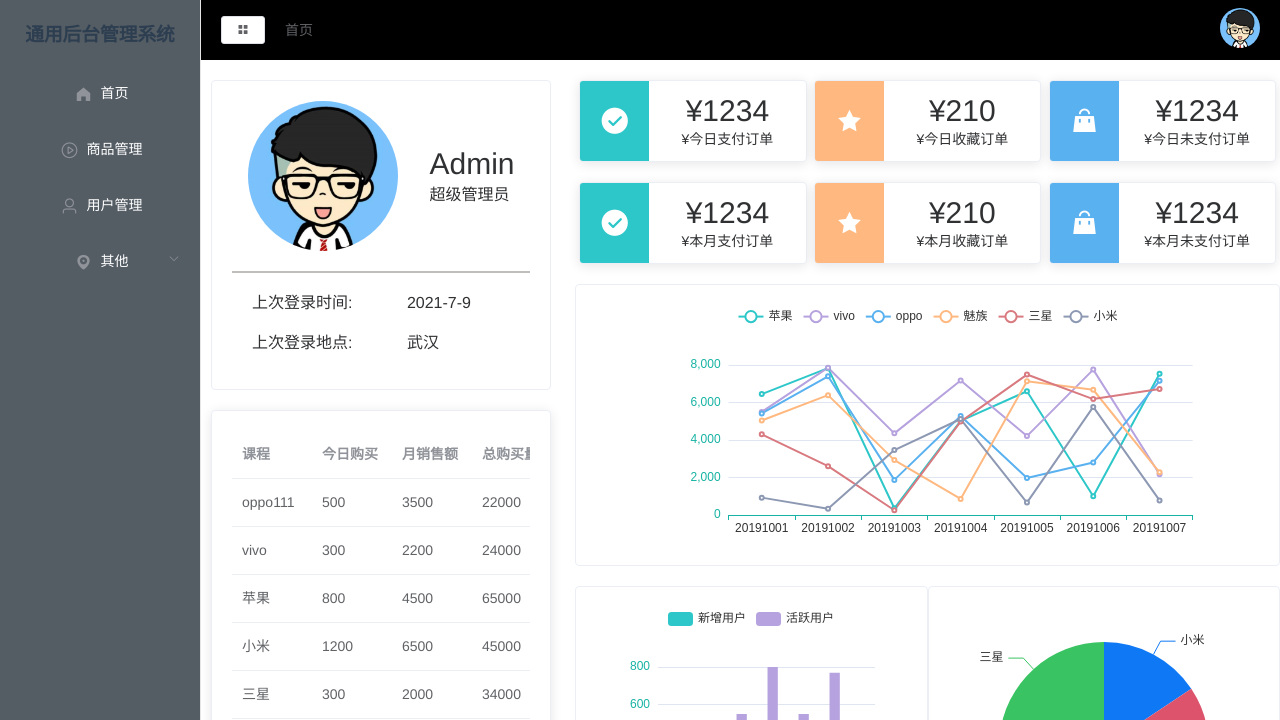
Repository: 385841539/VueStudy
Page: / (app in vue_cli/)
The author's editor kept a copy of each file at every save. The page is drawn from the files as they stood at one save, then again after the next save.
The browser window is 1280 px wide. The pictures show the whole page.
An inner scrolling area shows only its first screen. The project was rebuilt for these pictures with package versions that can differ from the ones it lists, and the page was loaded fresh each time. Also part of the build but not shown: vue_cli/vue.config.js.

Above is the page before, as saved 2022-01-14 16:55:03.

### vue_cli/public/index.html
<!DOCTYPE html>
<html lang="">

<head>
  <meta charset="utf-8">
  <meta http-equiv="X-UA-Compatible" content="IE=edge">
  <meta name="viewport" content="width=device-width,initial-scale=1.0">
  <link rel="icon" href="<%= BASE_URL %>favicon.ico">
  <title>
    <%= htmlWebpackPlugin.options.title %>
  </title>
  <style>
    body {

      padding: 0px;
      margin: 0px;
      width: 100%;
      height: 100%;

    }
  </style>
</head>

<body>
  <noscript>
    <strong>We're sorry but <%= htmlWebpackPlugin.options.title %> doesn't work properly without JavaScript enabled.
        Please enable it to continue.</strong>
  </noscript>
  <div id="app"></div>
  <!-- built files will be auto injected -->
</body>

</html>

### vue_cli/src/main.js
import Vue from 'vue'
import App from './App.vue'
import './registerServiceWorker'
import router from './router'
import store from './store'

import ElementUI from 'element-ui';
import 'element-ui/lib/theme-chalk/index.css';
import http from 'axios'

Vue.use(ElementUI);
Vue.prototype.$http = http


Vue.config.productionTip = false

if (process.env.NODE_ENV == 'development') {

  require('@/api/mock')

}

new Vue({
  router,
  store,
  render: h => h(App)
}).$mount('#app')

### vue_cli/src/App.vue
<template>
  <div id="app">
    <!-- <p>这是一个P段落</p>
    <el-button>按钮</el-button>
    <el-button type="info">信息</el-button>
    <el-radio v-model="radio" label="1">备选项1</el-radio>
    <el-radio v-model="radio" label="2">备选项1</el-radio>

    <div>
      <router-link to="/">去home组件</router-link>
      <router-link to="/about">去about组件</router-link>
    </div> -->

    <router-view></router-view>
  </div>
</template>
<script>


export default {
  data() {
    return {
      radio: "1",
    };
  },
};
</script>


<style lang="scss">
#app {
  font-family: Avenir, Helvetica, Arial, sans-serif;
  -webkit-font-smoothing: antialiased;
  -moz-osx-font-smoothing: grayscale;
  text-align: center;
  color: #2c3e50;
}

#nav {
  padding: 30px;

  a {
    font-weight: bold;
    color: #2c3e50;

    &.router-link-exact-active {
      color: #42b983;
    }
  }
}
</style>

### vue_cli/src/router/index.js
import Vue from 'vue'
import VueRouter from 'vue-router'
import Main from '../views/Main.vue'

const originPush = VueRouter.prototype.push

VueRouter.prototype.push = function (location) {

  return originPush.call(this, location).catch(err => err)

}

Vue.use(VueRouter)

const routes = [
  {
    path: '/',
    name: 'main',
    component: Main,
    children: [

      {
        path: "/",
        name: "home",
        component: () => import('@/views/Home/Home')

      },
      {
        path: "/mall",
        name: "mall",
        component: () => import('@/views/Mall/Mall')

      },
      {
        path: "/user",
        name: "user",
        component: () => import('@/views/User/User')

      },
      {
        path: "/other",
        name: "other",
        component: () => import('@/views/Mall/Mall')

      },

    ]
  },
]

const router = new VueRouter({
  mode: 'history',
  base: process.env.BASE_URL,
  routes
})

export default router

### vue_cli/src/store/index.js
import Vue from 'vue'
import Vuex from 'vuex'
import tab from "./tab"

Vue.use(Vuex)

export default new Vuex.Store({
  state: {
  },
  mutations: {
  },
  actions: {
  },
  modules: {
    tab
  }
})

### vue_cli/src/api/mock.js
import Mock from 'mockjs'

import homeApi from './mockServe/home'

Mock.mock('/api/home/getData', homeApi.getStatisticalData )

### vue_cli/src/views/Main.vue
<template>
  <el-container style="height: 100vh">
    <el-aside width="auto">
      <CommonAside></CommonAside>
    </el-aside>
    <el-container>
      <el-header>
        <CommonHeader></CommonHeader>
      </el-header>
      <div><CommonTag></CommonTag></div>
      <el-main>
        <router-view></router-view>
      </el-main>
    </el-container>
  </el-container>
</template>

<script>
// @ is an alias to /src
import CommonAside from "../components/CommonAside.vue";
import CommonHeader from "../components/CommonHeader.vue";
import CommonTag from "../components/CommonTag.vue";

export default {
  name: "main",
  components: {
    CommonAside,
    CommonHeader,
    CommonTag,
  },
};
</script>
<style lang='scss' scoped>
.el-container {
  padding: 0px;
  max-width: 100%;
}
.el-aside {
  margin: 0px;
  padding: 0px;
}
.el-header {
  background-color: black;
  width: 100%;
  padding: 0%;
  margin: 0%;
}
.el-main {
  padding: 0px;
  height: 100%;
  width: 100%;
}
.router-view {
  padding: 0px;
  height: 100%;
  width: 100%;
}
</style>

### vue_cli/src/views/Home/Home.vue
<template>
  <div style="margin-left: 10px">
    <el-row :gutter="24">
      <el-col :span="8" style="margin-top: 20px">
        <el-card shadow="hover">
          <div class="user">
            <img :src="userImg" />
            <div class="userInfo">
              <p style="font-size: 30px">Admin</p>
              <p>超级管理员</p>
            </div>
          </div>

          <div class="loginInfo">
            <p>上次登录时间: <span>2021-7-9</span></p>
            <p>上次登录地点: <span>武汉</span></p>
          </div>
        </el-card>
        <el-card style="height: 470px; margin-top: 20px">
          <el-table :data="tableData">
            <el-table-column
              show-overflow-tooltip
              v-for="(value, key) in tableLabel"
              :key="key"
              :prop="key"
              :label="value"
            ></el-table-column>
          </el-table>
        </el-card>
      </el-col>
      <el-col :span="16" style="margin-top: 20px">
        <div class="num">
          <el-card
            shandow="hover"
            v-for="item in countData"
            :key="item.name"
            :body-style="{ display: 'flex', padding: 0 }"
          >
            <i
              class="icon"
              :class="`el-icon-${item.icon}`"
              :style="{ background: item.color }"
            ></i>
            <div class="detail">
              <p class="num">¥{{ item.value }}</p>
              <p class="txt">¥{{ item.name }}</p>
            </div>
          </el-card>
        </div>

        <el-card shadow="hover" style="height: 280px">
          <div style="height: 280px" ref="echart"></div>
        </el-card>

        <div class="graph">
          <el-card shadow="hover">
            <div style="height: 280px" ref="userEchart"></div>
          </el-card>
          <el-card shadow="hover">
            <div style="height: 280px" ref="videoEchart"></div>
          </el-card>

        </div>
      </el-col>
    </el-row>
  </div>
</template>



<script>
import { getMenu, getHome } from "../../api/data";
import * as echarts from "echarts";
// import Echart from "../../components/ECharts.vue";
export default {
  //   components: { Echart },
  data() {
    return {
      userImg: require("../../assets/images/user.png"),
      tableData: [],
      tableLabel: {
        name: "课程",
        todayBuy: "今日购买",
        monthBuy: "月销售额",
        totalBuy: "总购买量",
      },
      countData: [],
      ehcartData: {
        order: {
          legend: {
            // 图例文字颜色
            textStyle: {
              color: "#333",
            },
          },
          grid: {
            left: "20%",
          },
          // 提示框
          tooltip: {
            trigger: "axis",
          },
          xAxis: {
            type: "category", // 类目轴
            data: [],
            axisLine: {
              lineStyle: {
                color: "#17b3a3",
              },
            },
            axisLabel: {
              interval: 0,
              color: "#333",
            },
          },
          yAxis: [
            {
              type: "value",
              axisLine: {
                lineStyle: {
                  color: "#17b3a3",
                },
              },
            },
          ],
          color: [
            "#2ec7c9",
            "#b6a2de",
            "#5ab1ef",
            "#ffb980",
            "#d87a80",
            "#8d98b3",
          ],
          series: [],
        },

        user: {
          legend: {
            // 图例文字颜色
            textStyle: {
              color: "#333",
            },
          },
          grid: {
            left: "20%",
          },
          // 提示框
          tooltip: {
            trigger: "axis",
          },
          xAxis: {
            type: "category", // 类目轴
            data: [],
            axisLine: {
              lineStyle: {
                color: "#17b3a3",
              },
            },
            axisLabel: {
              interval: 0,
              color: "#333",
            },
          },
          yAxis: [
            {
              type: "value",
              axisLine: {
                lineStyle: {
                  color: "#17b3a3",
                },
              },
            },
          ],
          color: [
            "#2ec7c9",
            "#b6a2de",
            "#5ab1ef",
            "#ffb980",
            "#d87a80",
            "#8d98b3",
          ],
          series: [],
        },

        video: {
          tooltip: {
            trigger: "item",
          },
          color: [
            "#0f78f4",
            "#dd536b",
            "#9462e5",
            "#a6a6a6",
            "#e1bb22",
            "#39c362",
            "#3ed1cf",
          ],
          series: [],
        },
      },
    };
  },

  methods: {
    getTableData() {
      getHome().then((res) => {
        console.log(res);
        this.tableData = res.data.tableData;
        this.countData = res.data.countData;

        const order = res.data.orderData;
        this.ehcartData.order.xAxis.data = order.date;
        let keyArrray = Object.keys(order.data[0]);

        keyArrray.forEach((key) => {
          this.ehcartData.order.series.push({
            name: key,
            data: order.data.map((item) => item[key]),
            type: "line",
          });
        });

        const myEchartsOrder = echarts.init(this.$refs.echart);

        myEchartsOrder.setOption(this.ehcartData.order);
        //用户图
        this.ehcartData.user.xAxis.data = res.data.userData.map(
          (item) => item.date
        );

        this.ehcartData.user.series.push({
          name: "新增用户",
          data: res.data.userData.map((item) => item.new),
          type: "bar",
        });
        this.ehcartData.user.series.push({
          name: "活跃用户",
          data: res.data.userData.map((item) => item.active),
          type: "bar",
        });

        const userEcharts = echarts.init(this.$refs.userEchart);
        userEcharts.setOption(this.ehcartData.user);

        this.ehcartData.video.series.push({
          data: res.data.videoData,
          type: "pie",
        });

        const videoEcharts = echarts.init(this.$refs.videoEchart);
        videoEcharts.setOption(this.ehcartData.video);
      });
    },
  },
  mounted() {
    // getMenu().then((res) => {
    //   console.log(res);
    // });
    this.getTableData();
  },
};
</script>


<style  lang="scss" scoped>
// div {
//   background: blue;
//   height: 100%;
//   padding: 0px;
//   margin: 0px;
// }

.user {
  display: flex;
  align-items: center;
  justify-content: space-around;
  border-bottom: 2px solid rgb(194, 189, 189);

  padding-bottom: 20px;
  .userInfo {
    text-align: start;

    p {
      margin: 0px;
    }
  }
  img {
    width: 150px;
    height: 150px;
    border-radius: 50%;
  }
}

.loginInfo {
  // background-color: yellowgreen;
  margin-top: 0px;
  text-align: start;
  padding-left: 20px;

  span {
    margin-left: 50px;
  }
}

.num {
  display: flex;
  flex-wrap: wrap;
  justify-content: space-around;
  margin: 0px;
  .el-card {
    margin: 0px;
    width: 32%;
    margin-bottom: 20px;
    height: 80px;
  }
  .icon {
    font-size: 30px;
    width: 100px;
    height: 80px;
    color: white;
    line-height: 80px;
  }
  .detail {
    display: flex;
    flex-direction: column;
    justify-content: center;
    width: 100%;

    .num {
      font-size: 30px;

      justify-content: center;
    }
    .txt {
      font-size: 14px;
      justify-content: center;
    }
    p {
      margin: 0px;
    }
  }
}
.graph {
  display: flex;
  margin-top: 20px;
  .el-card {
    height: 320px;
    flex: 1;
  }
}
</style>

### vue_cli/src/store/tab.js
export default {


    state: {

        isCollapse: false,
        currentMenu: null,
        tabsList: [
            {
                path: '/',
                name: 'home',
                label: '首页',
                icon: 'home'

            }

        ]

    },


    mutations: {

        collaspseMenu(state) {
            state.isCollapse = !state.isCollapse

        },
        selectMenu(state, value) {

            console.log("--value---")
            console.log(value)


            if (item.name == "home") {
                state.currentMenu = null;
            } else {
                state.currentMenu = item;
            }


        }



    }


}

### vue_cli/src/api/mockServe/home.js
// mock数据模拟
import Mock from 'mockjs'

// 图表数据
let List = []
export default {
  getStatisticalData: () => {
    //Mock.Random.float 产生随机数100到8000之间 保留小数 最小0位 最大0位
    for (let i = 0; i < 7; i++) {
      List.push(
        Mock.mock({
          苹果: Mock.Random.float(100, 8000, 0, 0),
          vivo: Mock.Random.float(100, 8000, 0, 0),
          oppo: Mock.Random.float(100, 8000, 0, 0),
          魅族: Mock.Random.float(100, 8000, 0, 0),
          三星: Mock.Random.float(100, 8000, 0, 0),
          小米: Mock.Random.float(100, 8000, 0, 0)
        })
      )
    }
    return {
      code: 200,
      data: {
        // 饼图
        videoData: [
          {
            name: '小米',
            value: 2999
          },
          {
            name: '苹果',
            value: 5999
          },
          {
            name: 'vivo',
            value: 1500
          },
          {
            name: 'oppo',
            value: 1999
          },
          {
            name: '魅族',
            value: 2200
          },
          {
            name: '三星',
            value: 4500
          }
        ],
        // 柱状图
        userData: [
          {
            date: '周一',
            new: 5,
            active: 200
          },
          {
            date: '周二',
            new: 10,
            active: 500
          },
          {
            date: '周三',
            new: 12,
            active: 550
          },
          {
            date: '周四',
            new: 60,
            active: 800
          },
          {
            date: '周五',
            new: 65,
            active: 550
          },
          {
            date: '周六',
            new: 53,
            active: 770
          },
          {
            date: '周日',
            new: 33,
            active: 170
          }
        ],
        // 折线图
        orderData: {
          date: ['20191001', '20191002', '20191003', '20191004', '20191005', '20191006', '20191007'],
          data: List
        },
        tableData: [
          {
            name: 'oppo111',
            todayBuy: 500,
            monthBuy: 3500,
            totalBuy: 22000
          },
          {
            name: 'vivo',
            todayBuy: 300,
            monthBuy: 2200,
            totalBuy: 24000
          },
          {
            name: '苹果',
            todayBuy: 800,
            monthBuy: 4500,
            totalBuy: 65000
          },
          {
            name: '小米',
            todayBuy: 1200,
            monthBuy: 6500,
            totalBuy: 45000
          },
          {
            name: '三星',
            todayBuy: 300,
            monthBuy: 2000,
            totalBuy: 34000
          },
          {
            name: '魅族',
            todayBuy: 350,
            monthBuy: 3000,
            totalBuy: 22000
          }
        ],
        countData: [
        {
          name: "今日支付订单",
          value: 1234,
          icon: "success",
          color: "#2ec7c9",
        },
        {
          name: "今日收藏订单",
          value: 210,
          icon: "star-on",
          color: "#ffb980",
        },
        {
          name: "今日未支付订单",
          value: 1234,
          icon: "s-goods",
          color: "#5ab1ef",
        },
        {
          name: "本月支付订单",
          value: 1234,
          icon: "success",
          color: "#2ec7c9",
        },
        {
          name: "本月收藏订单",
          value: 210,
          icon: "star-on",
          color: "#ffb980",
        },
        {
          name: "本月未支付订单",
          value: 1234,
          icon: "s-goods",
          color: "#5ab1ef",
        },
      ]
      }
    }
  }
}

### vue_cli/src/components/CommonAside.vue
<template>
  <el-menu
    class="el-menu-vertical-demo"
    :collapse="isCollapse"
    background-color="#545c64"
    text-color="#fff"
    active-text-color="#ffd04b"
  >
    <h3>{{ getName }}</h3>

    <el-menu-item
      :index="item.path"
      v-for="item in noChildren"
      :key="item.name"
      @click="clickMenu(item)"
    >
      <i :class="'el-icon-' + item.icon"></i>
      <span slot="title">{{ item.label }}</span>
    </el-menu-item>

    <el-submenu
      :index="item.label"
      v-for="item in hazChildren"
      :key="item.label"
    >
      <div slot="title">
        <i :class="'el-icon-' + item.icon"></i>
        <span>{{ item.label }}</span>
      </div>

      <el-menu-item-group>
        <el-menu-item
          v-for="(subItem, subIndex) in item.children"
          :index="subItem.path"
          :key="subIndex"
        >
          <i :class="'el-icon-' + subItem.icon"></i>
          <span slot="title">{{ subItem.label }}</span>
        </el-menu-item>
      </el-menu-item-group>
    </el-submenu>
  </el-menu>
</template>

<style lang="scss" scoped>
.el-menu-vertical-demo:not(.el-menu--collapse) {
  width: 200px;
  height: 100%;
  min-height: 400px;
}
.el-menu-vertical-demo {
  height: 100%;
}

.el-menu-item {
  justify-content: space-around;
  background-color: tomato;
}
.el-submenu {
  justify-content: space-around;
  background-color: green;
}
</style>


<script>
export default {
  data() {
    return {
      menu: [
        {
          path: "/",
          name: "home",
          label: "首页",
          icon: "s-home",
          url: "Home/Home",
        },
        {
          path: "/mall",
          name: "mall",
          label: "商品管理",
          icon: "video-play",
          url: "MallManage/MallManage",
        },
        {
          path: "/user",
          name: "user",
          label: "用户管理",
          icon: "user",
          url: "UserMange/UserMange",
        },
        {
          label: "其他",
          icon: "location",
          children: [
            {
              path: "/page1",
              name: "page1",
              label: "页面1",
              icon: "setting",
              url: "Other/PageOne",
            },
            {
              path: "/page2",
              name: "page2",
              label: "页面2",
              icon: "setting",
              url: "Other/PageTwo",
            },
          ],
        },
      ],
    };
  },
  methods: {
    clickMenu(item) {
      console.log(item);
      this.$router.push({ name: item.name });
      this.$store.commit("selectMenu", item);
    },
  },
  computed: {
    isCollapse() {
      return this.$store.state.tab.isCollapse;
    },
    getName() {
      if (this.isCollapse) return "后台";

      return "通用后台管理系统";
    },
    noChildren() {
      return this.menu.filter((item) => {
        console.log(item);
        return !item.children;
      });
    },
    hazChildren() {
      return this.menu.filter((item) => item.children);
    },
  },
};
</script>

### vue_cli/src/components/CommonHeader.vue
<template>
  <header>
    <div class="l-content">
      <el-button
        plain
        icon="el-icon-menu"
        size="mini"
        v-on:click="handleMenu"
      ></el-button>

      <el-breadcrumb separator="/">
        <el-breadcrumb-item :to="{ path: '/' }">首页</el-breadcrumb-item>
        <el-breadcrumb-item :to="{ path: currentMenu.path }" v-if="currentMenu">
          {{ currentMenu.label }}
        </el-breadcrumb-item>
      </el-breadcrumb>
    </div>

    <div class="r-content">
      <el-dropdown szie="mini" trigger="click">
        <span>
          <img :src="userImg" class="user" />
        </span>

        <el-dropdown-menu slot="dropdown">
          <el-dropdown-item>个人中心</el-dropdown-item>
          <el-dropdown-item>退出</el-dropdown-item>
        </el-dropdown-menu>
      </el-dropdown>
    </div>
  </header>
</template>



<script>
export default {
  data() {
    return {
      userImg: require("../assets/images/user.png"),
    };
  },

  computed: {
    currentMenu() {
      return this.$store.state.tab.currentMenu;
    },
  },
  methods: {
    handleMenu() {
      this.$store.commit("collaspseMenu");
    },
  },
};
</script>


<style  lang="scss" scoped>
header {
  display: flex;
  height: 100%;
  width: 100%;
  align-items: center;
  justify-content: space-between;
  padding: 0;
  margin: 0;
}

.home-title {
  color: white;
}

.l-content {
  display: flex;
  align-items: center;
  margin-left: 20px;
  .el-button {
    margin-right: 20px;
  }
}

.r-content {
  .user {
    width: 40px;
    height: 40px;
    border-radius: 50%;
    margin-right: 20px;
  }
}
.el-breadcrumb_item {
  .el-breadcrumb_inner {
    color: white;
    font-size: 1000px;
  }
  //   &:last-child {
  //     .el-breadcrumb__inner {
  //       color: white;
  //     }
  //   }
}
</style>

### vue_cli/src/components/CommonTag.vue
<template>
  <div class="tabs">
    <el-tag v-for="item in tabLists">{{ item }}</el-tag>
  </div>
</template>

<script>
export default {
  computed: {
    tabLists() {
        // return [100];
      return this.$store.tab.tabLists;
    },
  },
};
</script>

<style>
.tabs {
  padding: 10px;
  display: flex;
  align-items: flex-start;
  flex-wrap: wrap;
}

.el-tag {
  margin-right: 10px;
}
</style>

### vue_cli/src/api/data.js
import axios from './axios'

// export const getMenu = () => {
//   return axios.request({
//     url: 'menu',
//     method: 'get'
//   })
// }

export const getHome = () => {
  return axios.request({
    url: '/home/getData',
    method: 'get'
  })
}

export const getUser = (params) => {
  return axios.request({
    url: '/user/getUser',
    method: 'get',
    params
  })
}

export const getMenu = (params) => {
  return axios.request({
    url: '/permission/getMenu',
    method: 'post',
    data: params
  })
}

### vue_cli/src/api/axios.js
// 二次封装axios 拦截器

import axios from 'axios'
import config from '../config/index'
// 设置配置 根据开发 和 生产环境不一样
const baseUrl = process.env.NODE_ENV === 'development' ? config.baseUrl.dev : config.baseUrl.pro
class HttpRequst {
  constructor(baseUrl) {
    this.baseUrl = baseUrl
  }
  getInsideConfig() {
    const config = {
      baseURL: this.baseUrl,
      header: {

      }
    }
    return config
  }
  interceptors(instance) {
    instance.interceptors.request.use(function (config) {
      // 在发送请求之前做些什么
      console.log('拦截处理请求');
      return config;
    }, function (error) {
      // 对请求错误做些什么
      return Promise.reject(error);
    });

    instance.interceptors.response.use(function (response) {
      console.log('处理相应');
      // 对响应数据做点什么
      return response.data;
    }, function (error) {
      console.log(error);
      // 对响应错误做点什么
      return Promise.reject(error);
    });
  }
  // {
  //   baseURL:'/rApi'
  // }
  request(options) {
    // 请求
    // /api/getList  /api/getHome
    const instanse = axios.create()
    // 技巧
    // /api // api1
    options = { ...(this.getInsideConfig()), ...options }
    console.log(options);
    this.interceptors(instanse)
    return instanse(options)
  }
}

export default new HttpRequst(baseUrl)

### vue_cli/src/config/index.js
export default {

    title: "admin",
    baseUrl: {

        //开发环境

        dev: '/api/',
        pro: ''

    }


}

Loaded but not shown: vue_cli/src/registerServiceWorker.js (common file)

After the next save:
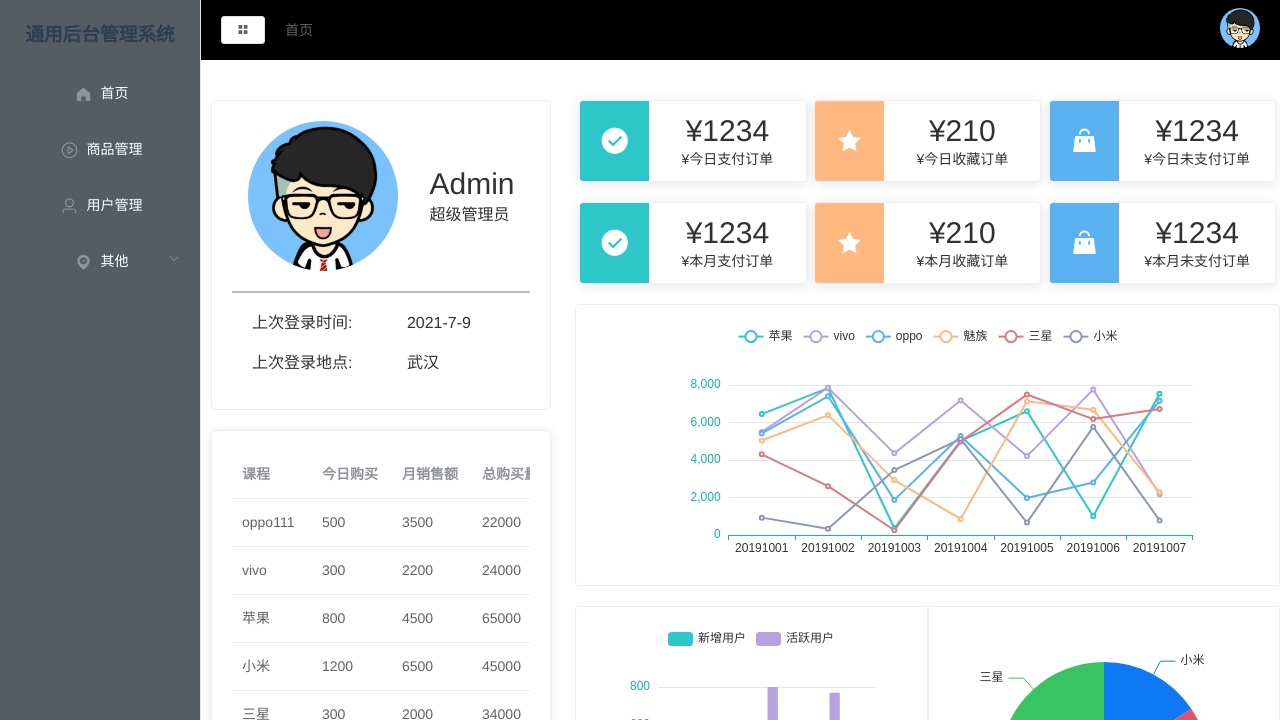
Saved 49 s later.
--- a/vue_cli/src/components/CommonTag.vue
+++ b/vue_cli/src/components/CommonTag.vue
@@ -9,7 +9,7 @@ export default {
   computed: {
     tabLists() {
         // return [100];
-      return this.$store.tab.tabLists;
+      return this.$store.state.tab.tabLists;
     },
   },
 };
